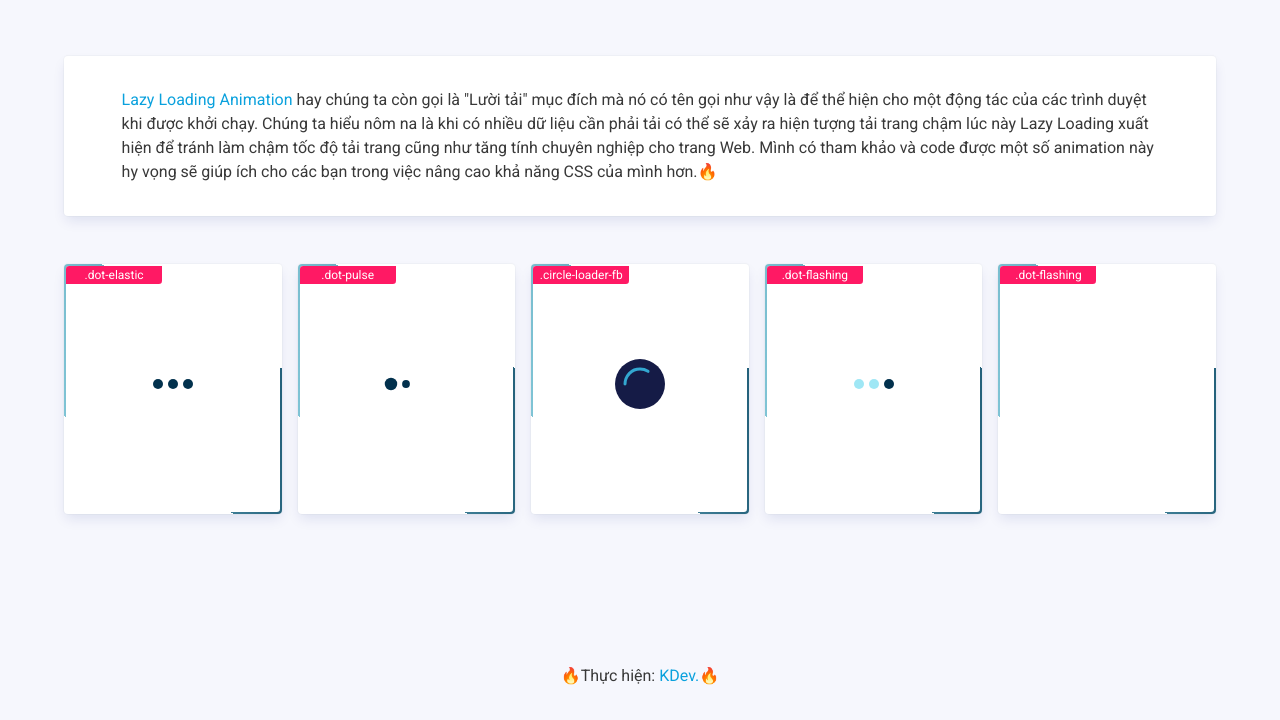
Repository: haokiet2501/lazy-loader-animation
Page: index.html
The author's editor kept a copy of each file at every save. The page is drawn from the files as they stood at one save, then again after the next save.
The browser window is 1280 px wide. The pictures show the whole page.
The style sheet was rebuilt from its Sass, Less or Tailwind sources for each picture, by a compiler version that may differ from the author's.

Above is the page before, as saved 2022-05-07 15:40:14.

After the next save:
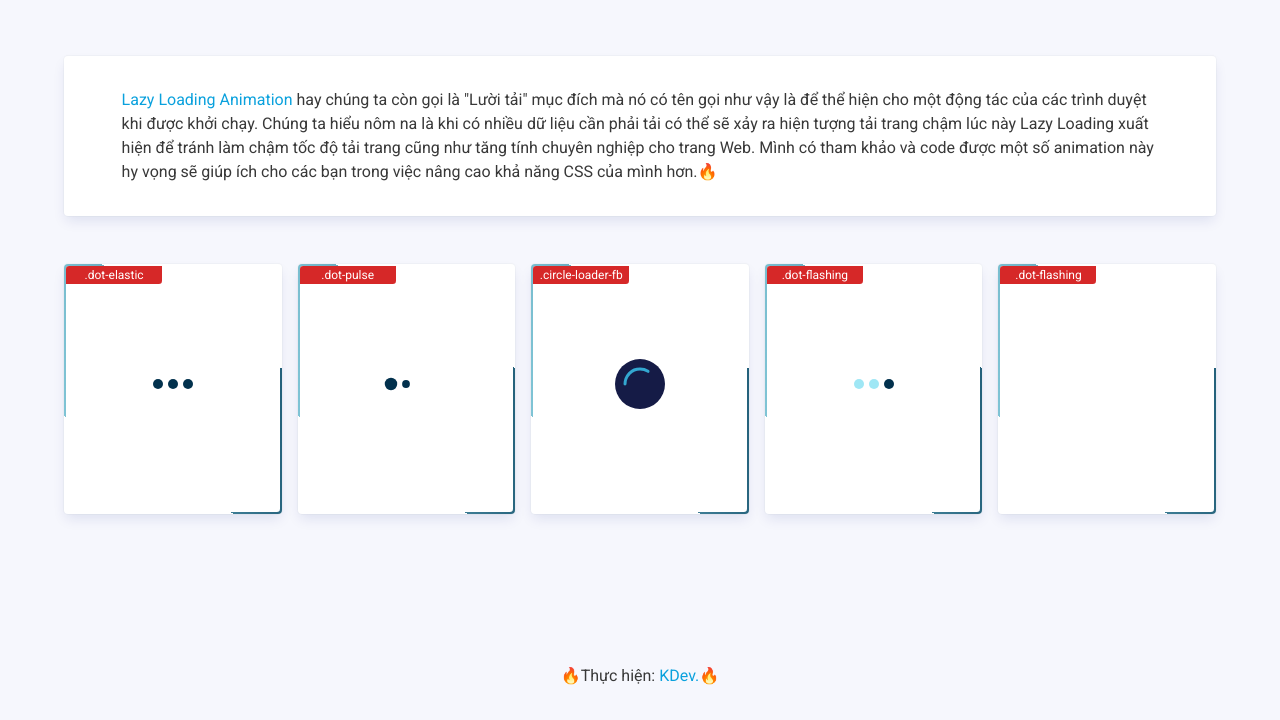
Saved 70 s later.
--- a/sass/styles.scss
+++ b/sass/styles.scss
@@ -69,7 +69,7 @@ $color-text: #383838;
     left: -.55rem;
     padding: 2px 5px;
     text-align: center;
-    background-color: rgb(255, 25, 100);
+    background-color: #D62828;
     width: 6rem;
     font-size: .75rem;
     color: #fff;
